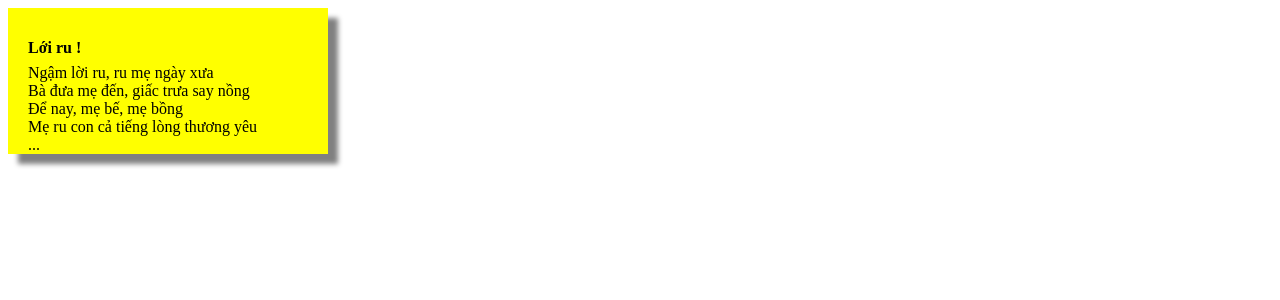
Repository: Tan-Khang21/TH_TKW--Buoi_07
Page: Bai_Tap_Mau/Bai_03/Shadow2.html
These files come from the project's save history. The page is drawn as it stood at one moment and after the next save; the edit follows.
The browser window is 1280 px wide. The pictures show the whole page.

Above is the page before, as saved 2024-03-12 15:47:38.

### Bai_Tap_Mau/Bai_03/Shadow2.html
<!DOCTYPE html>
<html lang="en">
  <head>
    <meta charset="UTF-8" />
    <meta name="viewport" content="width=device-width, initial-scale=1.0" />
    <title>Document</title>
  </head>
  <body>
    <style>
      .box {
        background-color: yellow;
        box-shadow: 10px 10px 5px grey;
        width: 300px;
        padding-top: 10px;
        padding-left: 20px;
      }
    </style>
    <div class="box">
      <h4>Lới ru !</h4>
      <p style="margin-top: -15px">
        Ngậm lời ru, ru mẹ ngày xưa <br />
        Bà đưa mẹ đến, giấc trưa say nồng <br />
        Để nay, mẹ bế, mẹ bồng <br />
        Mẹ ru con cả tiếng lòng thương yêu <br />...
      </p>
    </div>
  </body>
</html>

After the next save:
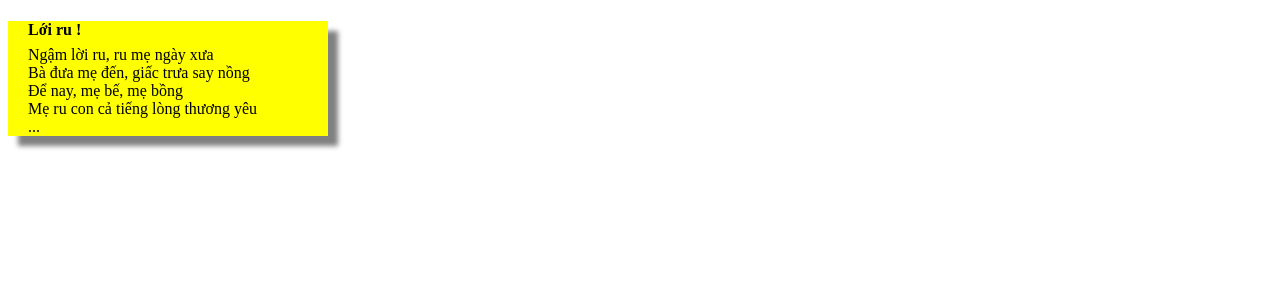
Saved 7 s later.
--- a/Bai_Tap_Mau/Bai_03/Shadow2.html
+++ b/Bai_Tap_Mau/Bai_03/Shadow2.html
@@ -11,7 +11,7 @@
         background-color: yellow;
         box-shadow: 10px 10px 5px grey;
         width: 300px;
-        padding-top: 10px;
+        padding-top: 0px;
         padding-left: 20px;
       }
     </style>
